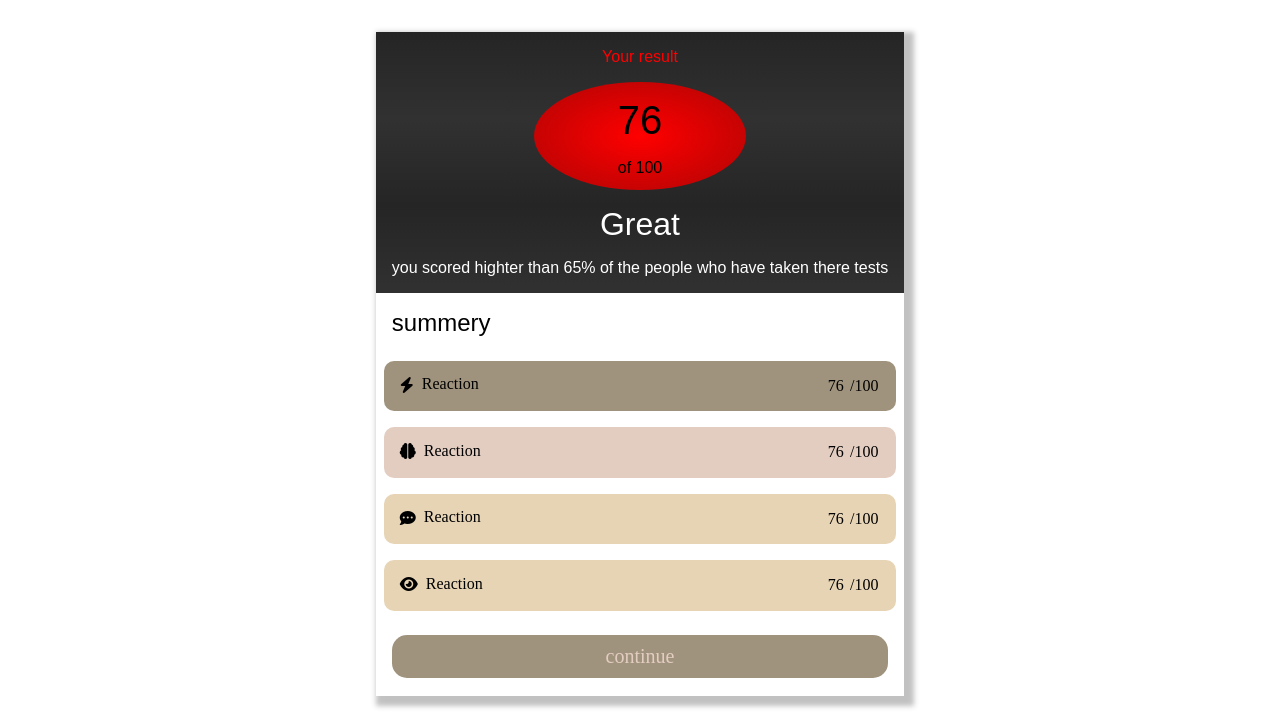
Repository: rahanwz/Card2-raha
Page: card2.html
These files come from the project's save history. The page is drawn as it stood at one moment and after the next save; the edit follows.
The browser window is 1280 px wide. The pictures show the whole page.
Some web fonts or font styles are not loaded; a fallback is used. Some web libraries are served in a nearby version.

Above is the page before, as saved 2024-02-21 17:10:40.

After the next save:
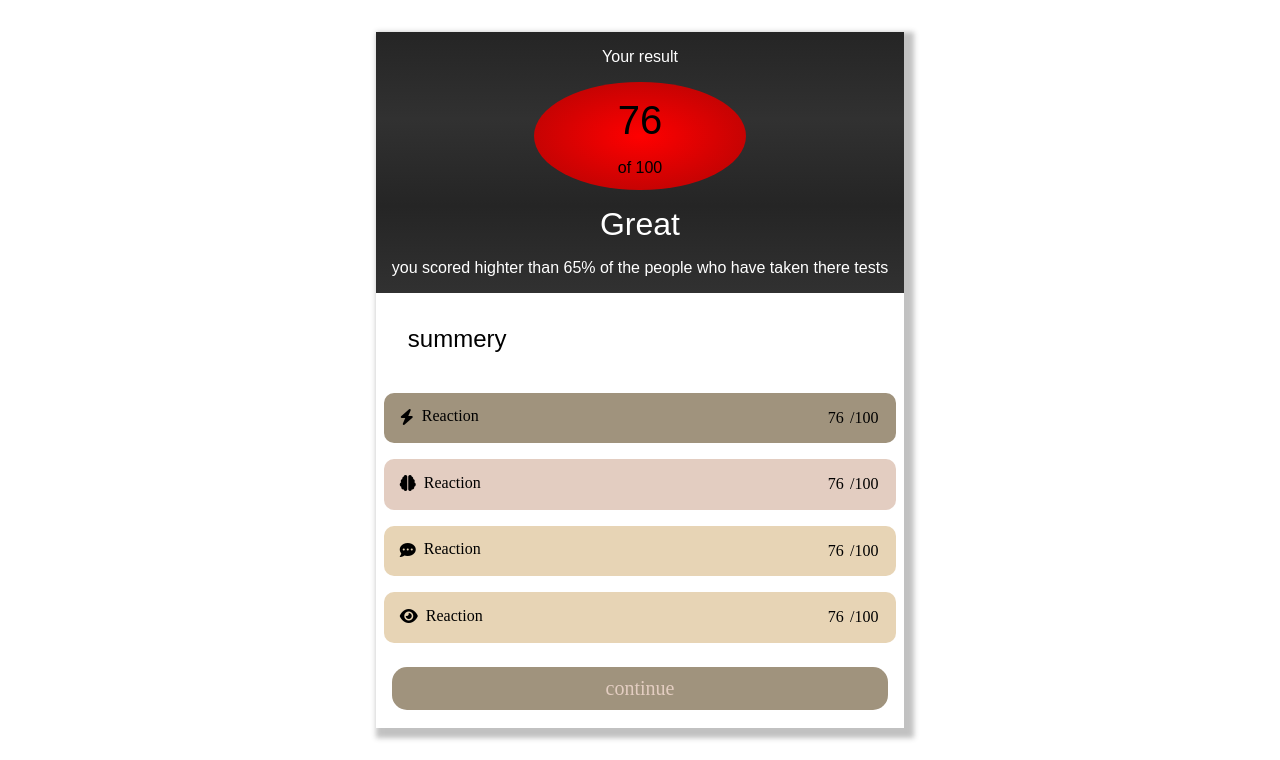
Saved 29 s later.
--- a/card2.html
+++ b/card2.html
@@ -16,7 +16,7 @@
     <div class="container">
       <div class="card_container">
         <div class="top_card">
-          <p style="color: #FF0000; font-family:Protest Riot, sans-serif;
+          <p style="color: #fff; font-family:Protest Riot, sans-serif;
   font-weight: 400;
   font-style: normal;">Your result</p>
           <div class="present">
@@ -31,7 +31,7 @@
           </p>
         </div>
         <div class="bottom_card">
-          <p style="padding:1rem; font-family:Protest Riot, sans-serif;
+          <p style="padding: 2rem; font-family:Protest Riot, sans-serif;
   font-weight: 400;
   font-style: normal;
   font-size:1.5rem;">summery</p>

After the 3 saves that followed:
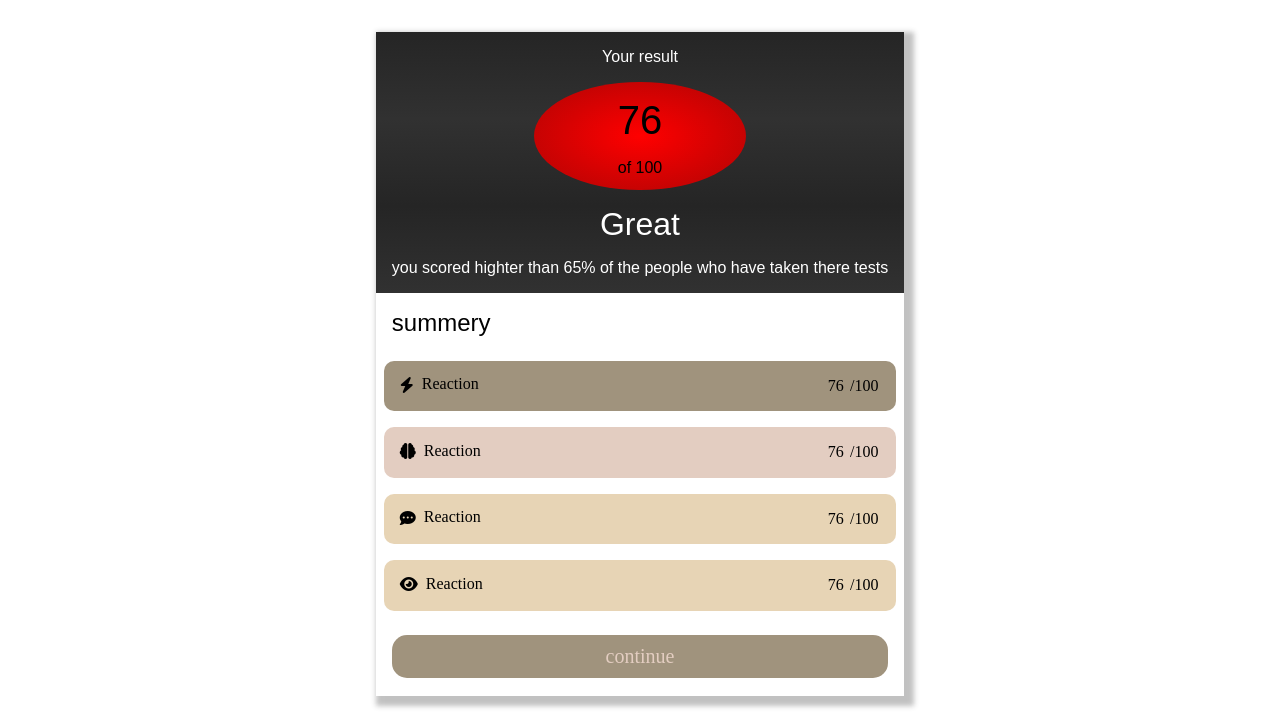
The 3 saves are shown as one change because they came seconds apart.
The last was saved 9 s later.
--- a/card2.html
+++ b/card2.html
@@ -31,7 +31,7 @@
           </p>
         </div>
         <div class="bottom_card">
-          <p style="padding: 2rem; font-family:Protest Riot, sans-serif;
+          <p style="padding:1rem; font-family:Protest Riot, sans-serif;
   font-weight: 400;
   font-style: normal;
   font-size:1.5rem;">summery</p>
